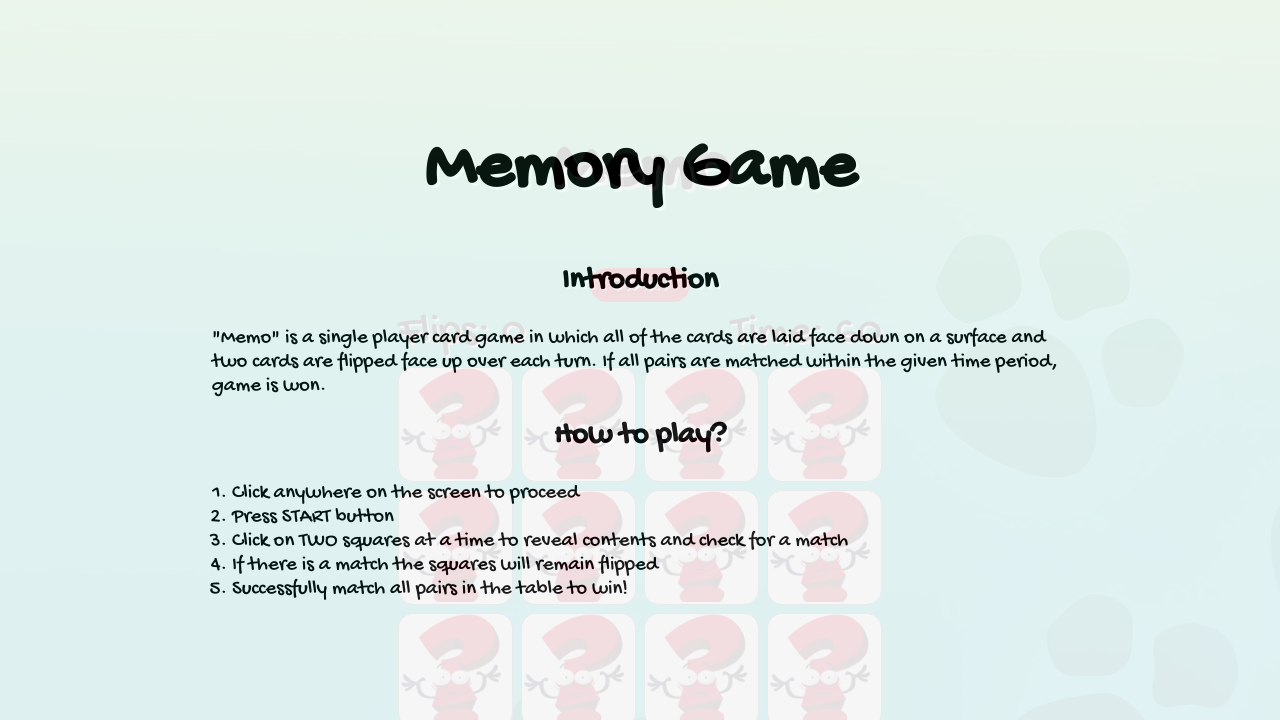
Repository: lauramika/Memory-Game
Page: index.html
The author's editor kept a record of every edit. The page is drawn from the files as they stood at one moment, then again after the next edit.
The browser window is 1280 px wide. The pictures show the window.
A layer covers the whole window, so only the first screen is drawn.

Above is the page before.

### index.html
<!DOCTYPE html>
<html lang = 'en'>
    <head>
        <meta name="viewport" content="width=device-width, initial-scale=1.0">
        <link rel="stylesheet" href="style.css" type="text/css" />
        <title>Memory Game</title>
    </head>
    <body>
        <!--overlay actice when program is loaded,by clicking anywhere on the screen, overlay is hidden-->
         <div id="overlay" onclick="off()">
            <!--Main heading, title-->
            <h1 class="title-game">Memory Game</h1>
            <!--Intro what this game is about-->
            <div id="intro">
                <h2>Introduction</h2>
                    <p>"Memo" is a single player card game in which all of the cards are
                    laid face down on a surface and two cards are flipped face up over
                    each turn. If all pairs are matched within the given time
                    period, game is won.</p>
            </div>
            <!--explanation how to play the game-->
            <div class="how-to-play">
                <h2>How to play?</h2>
                  <ol>
                    <li>Click anywhere on the screen to proceed</li>
                    <li>Press START button</li>
                    <li>Click on TWO squares at a time to reveal contents and check for a match</li>
                    <li>If there is a match the squares will remain flipped </li>
                    <li>Successfully match all pairs in the table to win!</li>
                  </ol>
             </div>
          </div>
          <h1 class="title-game" id="memo">Memo</h1>
          <!--start, reset and quit buttons-->
        <div class="buttons">
            <button class="start" id="start" onclick="shuffle()">Start</button>
        </div>
        <!--Main container that holds all the cards-->
        <div class="main-container" id="main">
            <div class= "rules-container">
                <div class="level-container">
                    Flips: <span id="flips">0</span>
                </div>
                <div class="time-container">
                    Time: <span id="time-left">60</span>
                </div>
            </div>
            <!--Cards-->
            <div class="cards">
                <div class="front-face">
                    <img src="images/camera.png">
                </div>
                 <div class="back-face">
                   <img src="images/question.jpg">
                </div>
            </div>

            <div class="cards">
                <div class="front-face">
                    <img src="images/camera.png">
                </div>
                 <div class="back-face">
                   <img src="images/question.jpg">
                </div>
            </div>

            <div class="cards">
                <div class="front-face">
                    <img src="images/bomb.png">
                </div>
                 <div class="back-face">
                   <img src="images/question.jpg">
                </div>
            </div>

            <div class="cards">
                <div class="front-face">
                    <img src="images/bomb.png">
                </div>
                 <div class="back-face">
                   <img src="images/question.jpg">
                </div>
            </div>

            <div class="cards">
                <div class="front-face">
                    <img src="images/garfield.jpg">
                </div>
                 <div class="back-face">
                   <img src="images/question.jpg">
                </div>
            </div>

            <div class="cards">
                <div class="front-face">
                    <img src="images/garfield.jpg">
                </div>
                 <div class="back-face">
                   <img src="images/question.jpg">
                </div>
            </div>

            <div class="cards">
                <div class="front-face">
                    <img src="images/ladybug.jpg">
                </div>
                 <div class="back-face">
                   <img src="images/question.jpg">
                </div>
            </div>

            <div class="cards">
                <div class="front-face">
                    <img src="images/ladybug.jpg">
                </div>
                 <div class="back-face">
                   <img src="images/question.jpg">
                </div>
            </div>

            <div class="cards">
                <div class="front-face">
                    <img src="images/puppy.jpg">
                </div>
                 <div class="back-face">
                   <img src="images/question.jpg">
                </div>
            </div>

            <div class="cards">
                <div class="front-face">
                    <img src="images/puppy.jpg">
                </div>
                 <div class="back-face">
                   <img src="images/question.jpg">
                </div>
            </div>

            <div class="cards">
                <div class="front-face">
                    <img src="images/star.jpg">
                </div>
                 <div class="back-face">
                   <img src="images/question.jpg">
                </div>
            </div>

            <div class="cards">
                <div class="front-face">
                    <img src="images/star.jpg">
                </div>
                 <div class="back-face">
                   <img src="images/question.jpg">
                </div>
            </div>

            <div class="cards">
                <div class="front-face">
                    <img src="images/frog.jpg">
                </div>
                 <div class="back-face">
                   <img src="images/question.jpg">
                </div>
            </div>

            <div class="cards">
                <div class="front-face">
                    <img src="images/frog.jpg">
                </div>
                 <div class="back-face">
                   <img src="images/question.jpg">
                </div>
            </div>
            <div class="cards">

                <div class="front-face">
                    <img src="images/bananas.jpg">
                </div>
                 <div class="back-face">
                   <img src="images/question.jpg">
                </div>
            </div>

            <div class="cards">
                <div class="front-face">
                    <img src="images/bananas.jpg">
                </div>
                 <div class="back-face">
                   <img src="images/question.jpg">
                </div>
            </div>
        </div>
        <div class="buttons" id="hide">
            <button class="reset" onclick="on()">Back</button>
            <button class="quit" onclick="end()">Quit</button>
        </div>
        <div class="end" id="quitOverlay">
            <h1 class="title-game">Game Over</h>
            <h1 class="title-game">Come back next time</h>
        </div>
        <script type="text/javascript" src="script.js"></script>
    </body>
</html>

### style.css
/*import google font*/
@import url('https://fonts.googleapis.com/css?family=Gochi+Hand&display=swap');
* {
    box-sizing: border-box;
    margin-top: 0;
}
html {
    min-height: 100vh;
}
body {
    margin: 0;
     background-image: url("images/paw-print-941498_1920.jpg");
    font-family: 'Gochi Hand', cursive;
    color: black;
    font-size: 1.3em;
}
h1 {
    text-shadow: 3px 3px white;
}
h2 {
    text-align: center;
    text-shadow: 2px 2px white;
}
p, .times {
    margin: 20px;
}
/*size for intro ann how-to-play divs*/
#intro, .how-to-play{
    margin: auto;
    width: 70%;
}
.title-game {
    padding-top: 10%;
    color:black;
    text-align: center;
    font-size: 3.5em;
}

.rules-container {
    grid-column: 1 / -1;
    display: flex;
    justify-content: space-between;
}
/*container that holds all the cards*/
.main-container {
    display: grid;
    grid-template-columns: repeat(4, auto);
    grid-gap: 8px;
    justify-content: center;
    margin-bottom: 20px;
    color: black;
    text-shadow: 2px 2px white;
    font-size: 2.1em;
}
/*card styles*/
.cards {
    background-color: white;
    height: 115px;
    width: 115px;
    border-radius: 15px;
    transition: transform .2s;
    border: 1px solid gray;
    position: relative;
    transform-style: preserve-3d;

}
/**************flipping of cards************/
.front-face {
    backface-visibility: hidden;
     transform: rotateY(180deg);
}
.back-face {
    backface-visibility: hidden;
}
.cards:hover {
    transform: scale(1.05);
    transform: rotateY(180deg);
    transition: ease .6s;
}
/*image sizes in desktop view*/
img {
    height: 111px;
    width: 111px;
    border-radius: 15px;
}
/*positioning of images absolute to their parent div*/
.front-face, .back-face {
    position: absolute;
}
.buttons {
    text-align: center;
}
/*start, reset and quit button styles*/
button {
    font-family: 'Gochi Hand', cursive;
    width: 100px;
    font-size: 1em;
    letter-spacing: 2px;
    color: black;
    font-weight: bold;
    text-transform: uppercase;
    background: rgb(199,1,30);
    text-shadow: 1px 1px white;
    padding: 5px 10px;
    border-radius: 30px;
    border: none;
    margin: 5px;
}
button:hover {
   transform: scale(1.1);
   box-shadow: 3px 3px white;
   opacity: 0.9;
}
.reset, .quit {
    margin-bottom: 50px;
}
/*overlay div with intro and rules explained*/
#overlay {
  display: visible;
  background-color: whitesmoke;
  z-index: 10;
  position: fixed;
  width: 100%;
  height: 100%;
  top: 0;
  left: 0;
  right: 0;
  bottom: 0;
  opacity: .9;
  padding-bottom: 50px;
}


/****************************TABLET media queries************************/
@media screen and (max-width: 800px) {
  .cards{
      height: 95px;
      width: 95px;
  }
  img {
      height: 91px;
      width: 91px;
  }
  .main-container {
      grid-gap: 4px;
  }
  .title-game {
      font-size: 2.5em;
  }
  .main-container {
      font-size: 1.6em;
  }
  #intro, .how-to-play {
    width: 90%;
  }
}
 /************************PHONE media queries***************************/
@media screen and (max-width: 480px) {
  .cards{
      height: 70px;
      width: 70px;
  }
  img {
      height: 66px;
      width: 66px;
  }
  .main-container {
      grid-gap: 1px;
  }
  .title-game {
      font-size: 2em;
  }
  .main-container {
      font-size: 1.2em;
  }
  button {
    width: 80px;
    font-size: 1em;
    }
  #intro, .how-to-play {
     width: 95%;
    }
}

### script.js
//to shuffle cards when new game starts
/*function shuffle() {

  var tiles = Array.from(document.getElementsByClassName("cards"));
  var current = tiles.length;
  var index, temp;

  while (current > 0) {
    index = Math.floor(Math.random() * current);
    current--;

    temp = tiles[current];
    tiles[current] = tiles[index];
    tiles[index] = temp;
  }
   document.getElementsByClassName("cards") = tiles.innerHTML;


}*/

function on() {
  document.getElementById("overlay").style.display = "block";
}

function off() {
  document.getElementById("overlay").style.display = "none";
}

After the next edit:
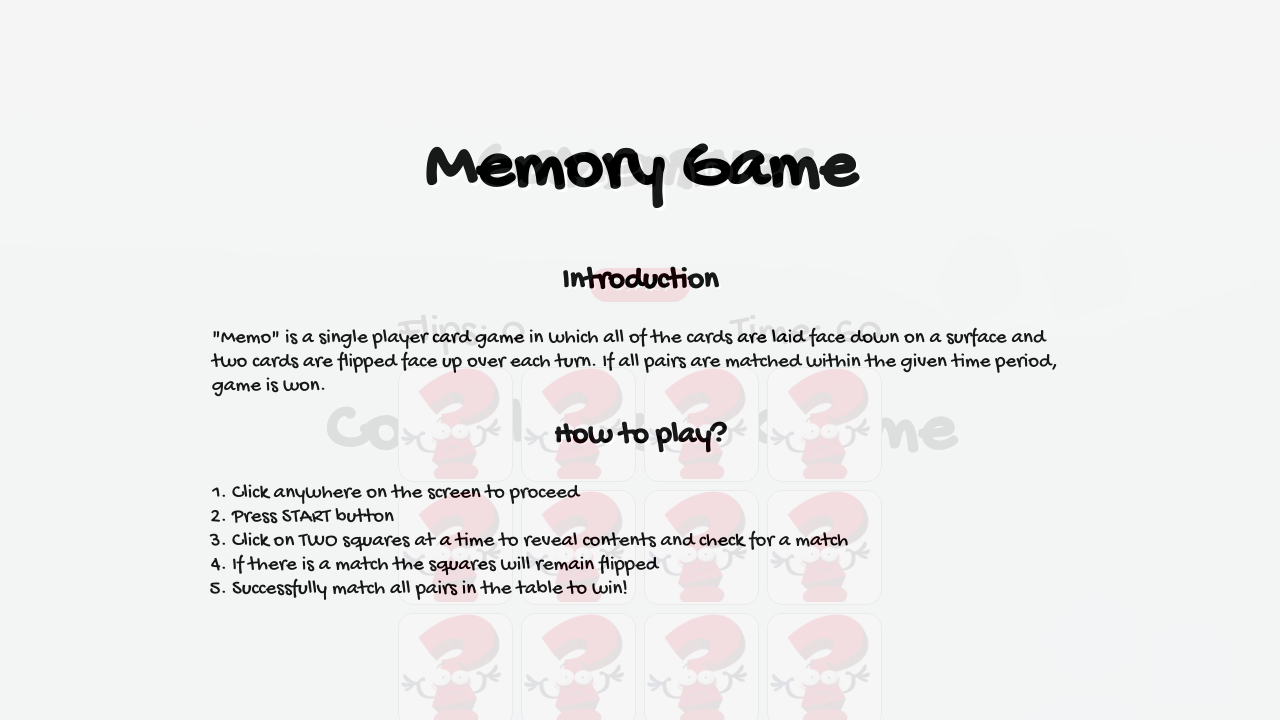
The edit:
--- a/style.css
+++ b/style.css
@@ -129,7 +129,20 @@
   opacity: .9;
   padding-bottom: 50px;
 }
-
+#quitOverlay {
+     display: visible;
+  background-color: whitesmoke;
+  z-index: -5;
+  position: fixed;
+  width: 100%;
+  height: 100%;
+  top: 0;
+  left: 0;
+  right: 0;
+  bottom: 0;
+  opacity: .9;
+  padding-bottom: 50px;
+}
 
 /****************************TABLET media queries************************/
 @media screen and (max-width: 800px) {

After the edit that followed:
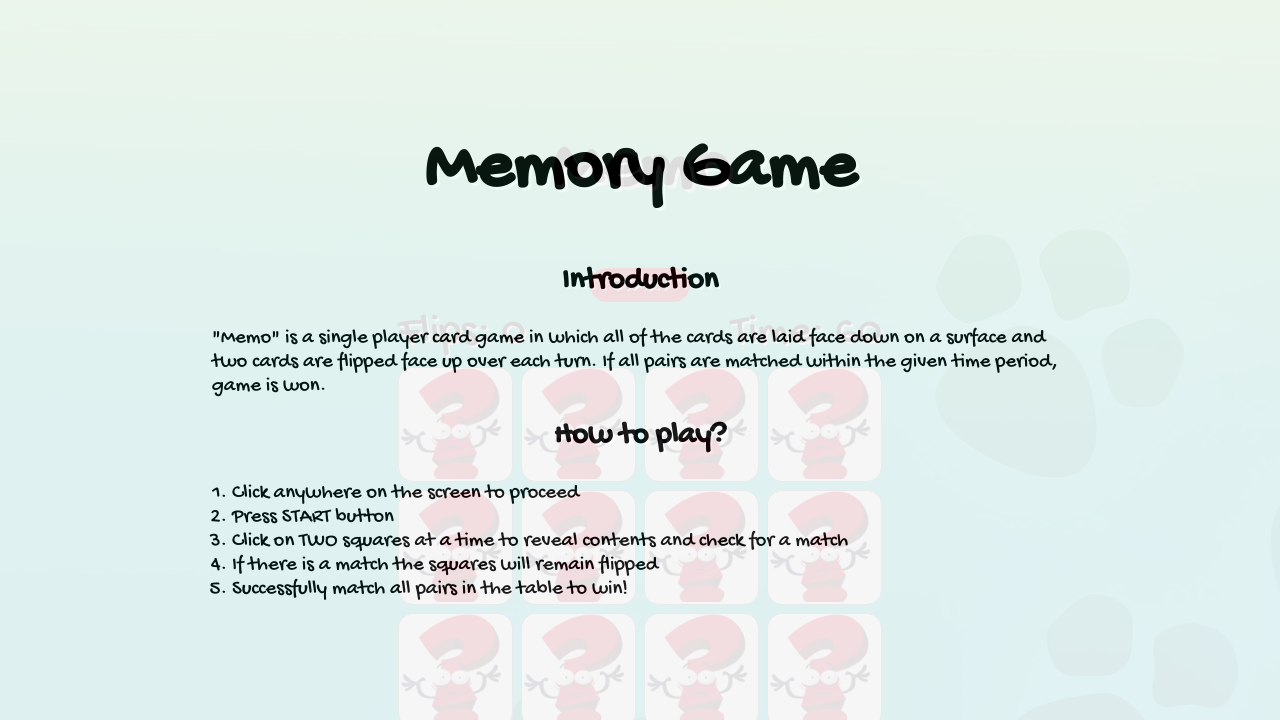
The edit:
--- a/style.css
+++ b/style.css
@@ -130,7 +130,7 @@
   padding-bottom: 50px;
 }
 #quitOverlay {
-     display: visible;
+     display: none;
   background-color: whitesmoke;
   z-index: -5;
   position: fixed;
